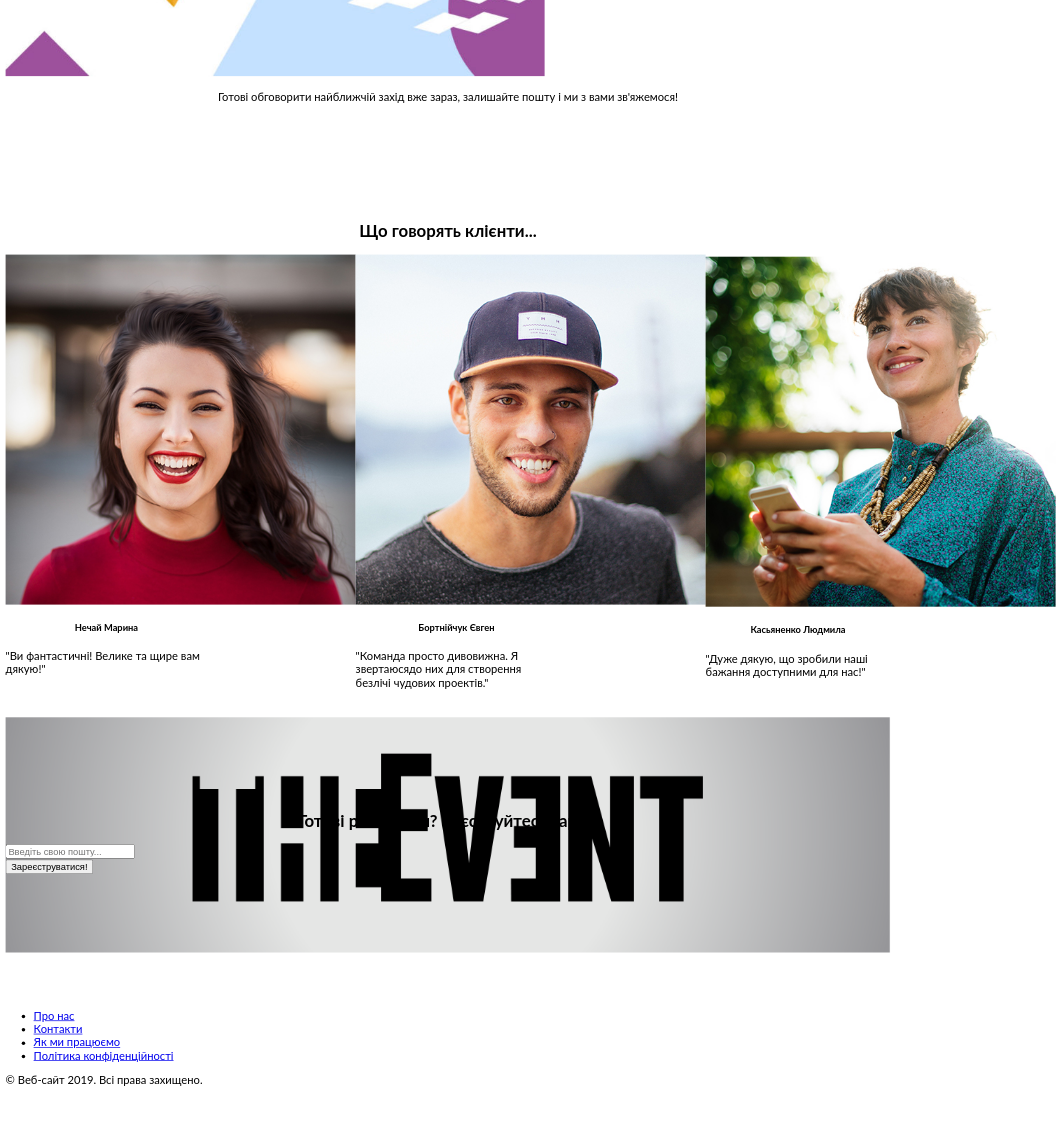
Repository: ivankovaa/HelloWorld
Page: site/index.html
The author's editor kept a record of every edit. The page is drawn from the files as they stood at one moment, then again after the next edit.
The browser window is 1280 px wide. The page is 1508 px wide, so the pictures cover 1508 px, including what lies to the right of the window. The pictures show the part of the page from y = 2264 to 3904 px (the page is 3904 px tall), at 70% of full size.

Above is the page before.

After the next edit:
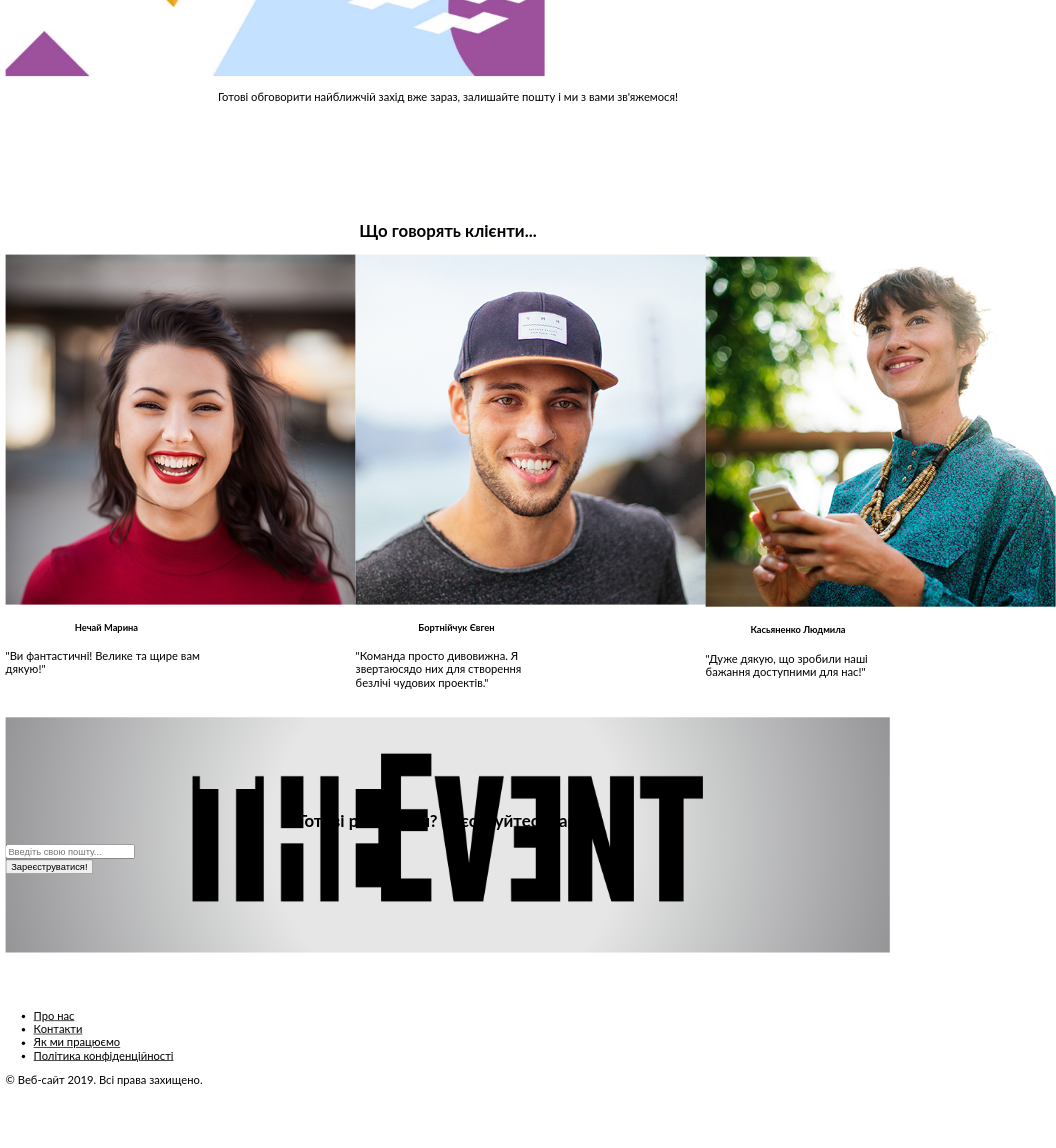
The edit:
--- a/site/css/landing-page.css
+++ b/site/css/landing-page.css
@@ -103,6 +103,6 @@
   padding-bottom: 4rem;
 }
 
-.data {
+.info li a {
   color: black;
 }
